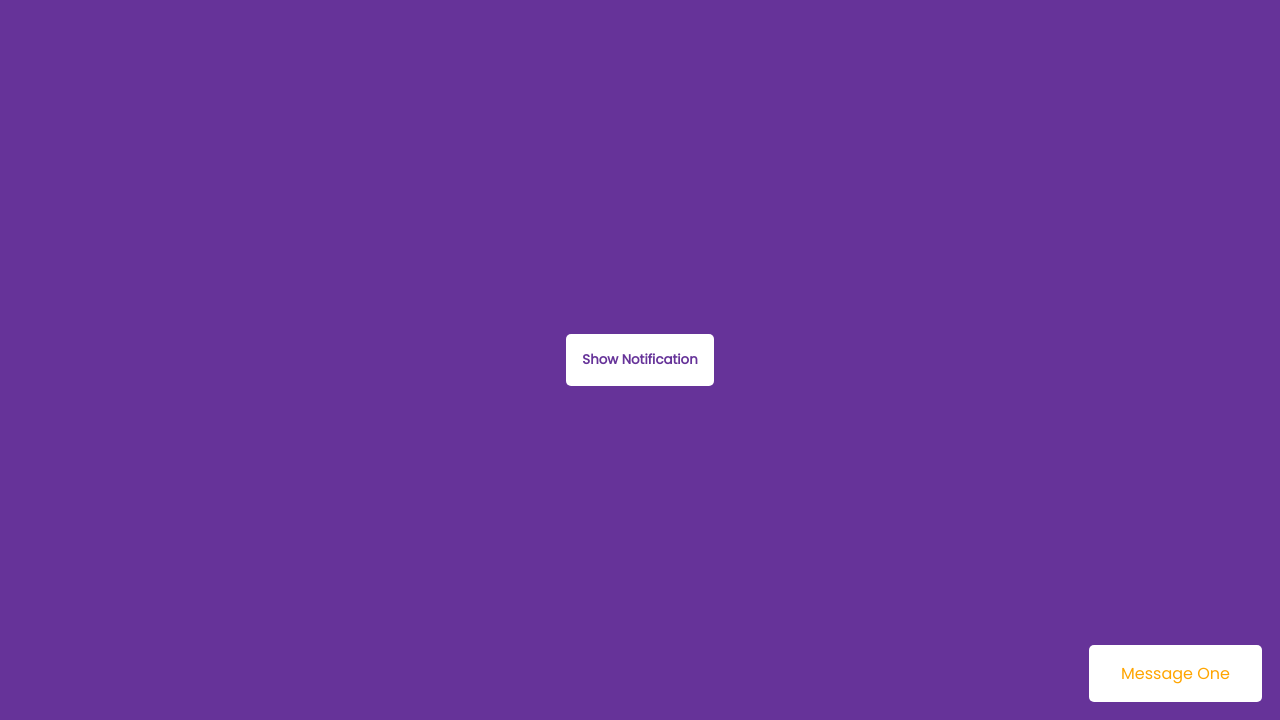
Repository: eagle-tex/50-projects-BT
Page: 27-toast-notification/index.html
The author's editor kept a copy of each file at every save. The page is drawn from the files as they stood at one save, then again after the next save.
The browser window is 1280 px wide. The pictures show the whole page.
After loading, the first visible `#button` was clicked once.

Above is the page before, as saved 2021-01-19 22:31:03.

### 27-toast-notification/index.html
<!DOCTYPE html>
<html lang="en">

<head>
  <meta charset="UTF-8" />
  <meta name="viewport" content="width=device-width, initial-scale=1.0" />
  <link rel="stylesheet" href="style.css" />
  <title>Toast Notification</title>
</head>

<body>
  <div id="toasts">
    <!-- <div class="toast">Hello World</div>
    <div class="toast">Toast Number 2</div> -->
  </div>

  <button class="btn" id="button">Show Notification</button>

  <script src="script.js"></script>
</body>

</html>

### 27-toast-notification/style.css
@import url('https://fonts.googleapis.com/css?family=Poppins:wght@200;400&display=swap');

* {
  box-sizing: border-box;
}

body {
  background-color: rebeccapurple;
  font-family: 'Poppins', sans-serif;
  display: flex;
  flex-direction: column;
  align-items: center;
  justify-content: center;
  height: 100vh;
  overflow: hidden;
  margin: 0;
}

.btn {
  background-color: #fff;
  color: rebeccapurple;
  font-family: inherit;
  font-weight: bold;
  padding: 1rem;
  border-radius: 5px;
  -webkit-border-radius: 5px;
  -moz-border-radius: 5px;
  -ms-border-radius: 5px;
  -o-border-radius: 5px;
  border: none;
  cursor: pointer;
}

.btn:focus {
  outline: none;
}

.btn:active {
  transform: scale(0.98);
  -webkit-transform: scale(0.98);
  -moz-transform: scale(0.98);
  -ms-transform: scale(0.98);
  -o-transform: scale(0.98);
}

#toasts {
  position: fixed;
  bottom: 10px;
  right: 10px;
  display: flex;
  flex-direction: column;
  align-items: flex-end;
}

.toast {
  background-color: #fff;
  color: rebeccapurple;
  border-radius: 5px;
  -webkit-border-radius: 5px;
  -moz-border-radius: 5px;
  -ms-border-radius: 5px;
  -o-border-radius: 5px;
  padding: 1rem 2rem;
  margin: 0.5rem;
}

### 27-toast-notification/script.js
const button = document.getElementById('button');
const toasts = document.getElementById('toasts');
const body = document.querySelector('body');

const messages = [
  'Message One',
  'Something new',
  'Have you seen this?',
  'Unheard of yet!',
];

const colors = ['red', 'green', 'steelblue', 'aqua', 'orange', 'purple'];

function createNotification() {
  const message = messages[Math.floor(Math.random() * messages.length)];
  const color = colors[Math.floor(Math.random() * colors.length)];

  const notif = document.createElement('div');
  notif.classList.add('toast');
  notif.innerText = message;
  notif.style.color = color;
  notif.style.right = 10;
  notif.style.bottom = 10;
  toasts.appendChild(notif);

  setTimeout(() => {
    toasts.removeChild(notif);
  }, 3000);
}

button.addEventListener('click', createNotification);

// My version of createNotification
// function createNotification() {
//   const message = messages[Math.floor(Math.random() * messages.length)];
//   const color = colors[Math.floor(Math.random() * colors.length)];

//   const toast = document.createElement('div');
//   toast.classList.add('toast');
//   toast.innerText = message;
//   toast.style.color = color;
//   toast.style.right = 10;
//   toast.style.bottom = 10;
//   toasts.appendChild(toast);

//   setTimeout(() => {
//     toasts.removeChild(toast);
//   }, 3000);
// }

After the next save:
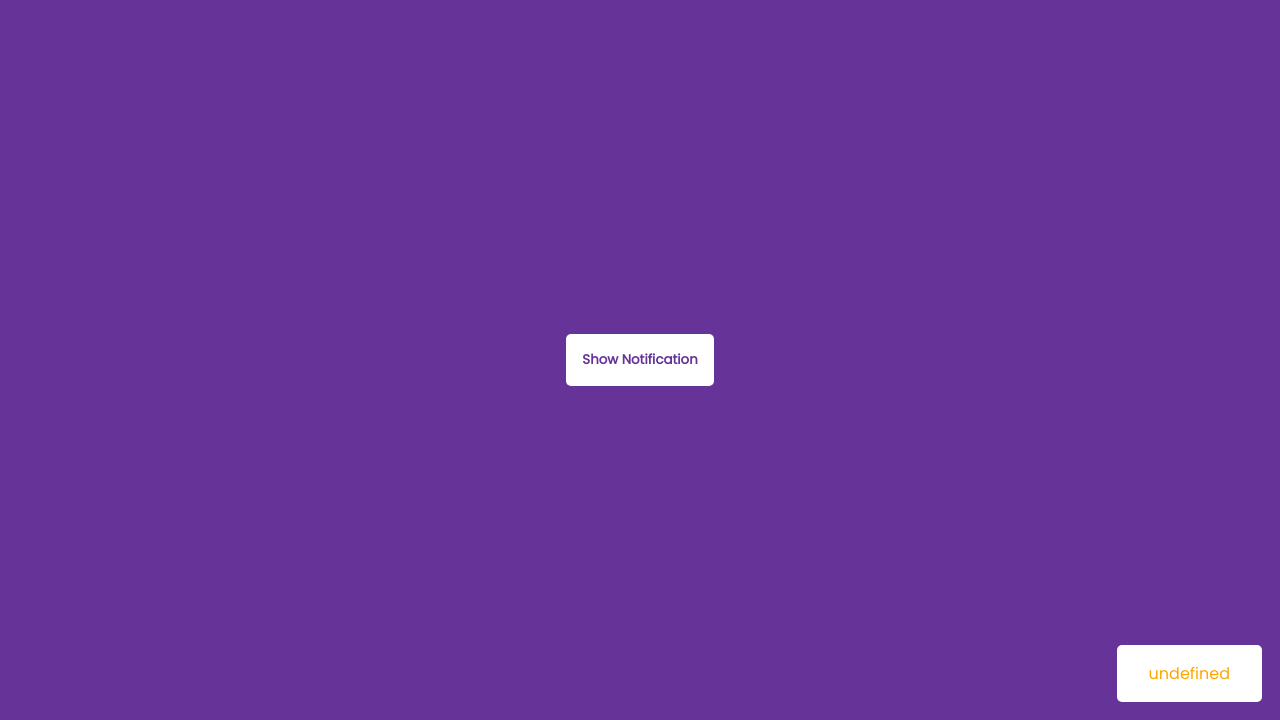
Saved 47 s later.
--- a/27-toast-notification/script.js
+++ b/27-toast-notification/script.js
@@ -11,13 +11,15 @@ const messages = [
 
 const colors = ['red', 'green', 'steelblue', 'aqua', 'orange', 'purple'];
 
+function getRandomMessage() {}
+
 function createNotification() {
   const message = messages[Math.floor(Math.random() * messages.length)];
   const color = colors[Math.floor(Math.random() * colors.length)];
 
   const notif = document.createElement('div');
   notif.classList.add('toast');
-  notif.innerText = message;
+  notif.innerText = getRandomMessage();
   notif.style.color = color;
   notif.style.right = 10;
   notif.style.bottom = 10;
